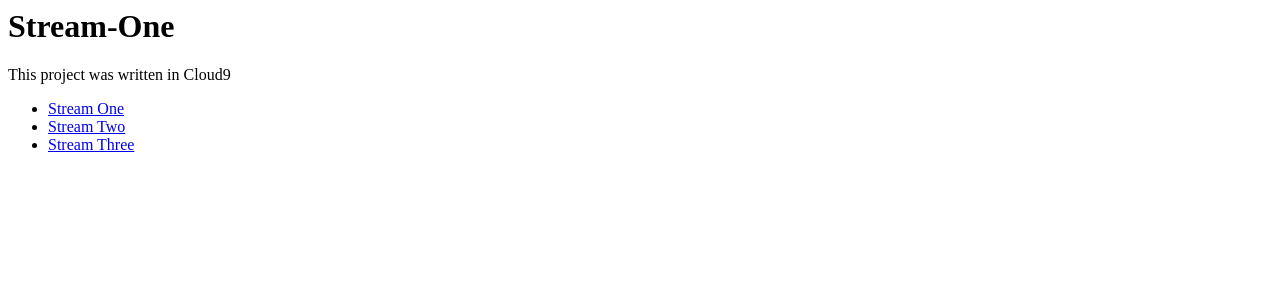
Repository: nosugref/my-first-website
Page: stream-one.html
The author's editor kept a record of every edit. The page is drawn from the files as they stood at one moment, then again after the next edit.
The browser window is 1280 px wide. The pictures show the whole page.

Above is the page before.

### stream-one.html
<html>
    <head>
        <title>Hello World</title>
    </head>
    <body>
        <h1>Stream-One</h1>
        <p>This project was written in Cloud9</p>
    </body>
    <nav>
        <ul>
            <li><a href="stream-one.html">Stream One</a></li>
            <li><a href="stream-two.html">Stream Two</a></li>
            <li><a href="stream-three.html">Stream Three</a></li>
        </ul>
    </nav>
</html>

After the next edit:
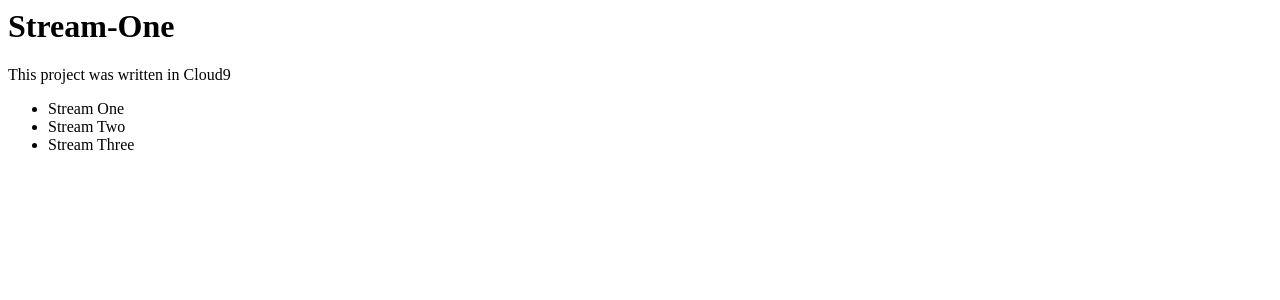
The edit:
--- a/stream-one.html
+++ b/stream-one.html
@@ -8,9 +8,9 @@
     </body>
     <nav>
         <ul>
-            <li><a href="stream-one.html">Stream One</a></li>
-            <li><a href="stream-two.html">Stream Two</a></li>
-            <li><a href="stream-three.html">Stream Three</a></li>
+            <li><ahref="stream-one.html">Stream One</a></li>
+            <li><ahref="stream-two.html">Stream Two</a></li>
+            <li><ahref="stream-three.html">Stream Three</a></li>
         </ul>
     </nav>
 </html>

After the edit that followed:
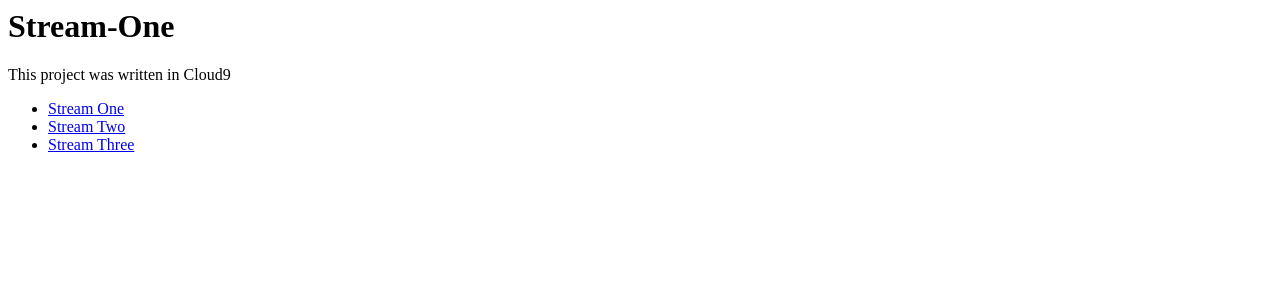
The edit:
--- a/stream-one.html
+++ b/stream-one.html
@@ -8,9 +8,9 @@
     </body>
     <nav>
         <ul>
-            <li><ahref="stream-one.html">Stream One</a></li>
-            <li><ahref="stream-two.html">Stream Two</a></li>
-            <li><ahref="stream-three.html">Stream Three</a></li>
+            <li><a href="stream-one.html">Stream One</a></li>
+            <li><a href="stream-two.html">Stream Two</a></li>
+            <li><a href="stream-three.html">Stream Three</a></li>
         </ul>
     </nav>
 </html>
